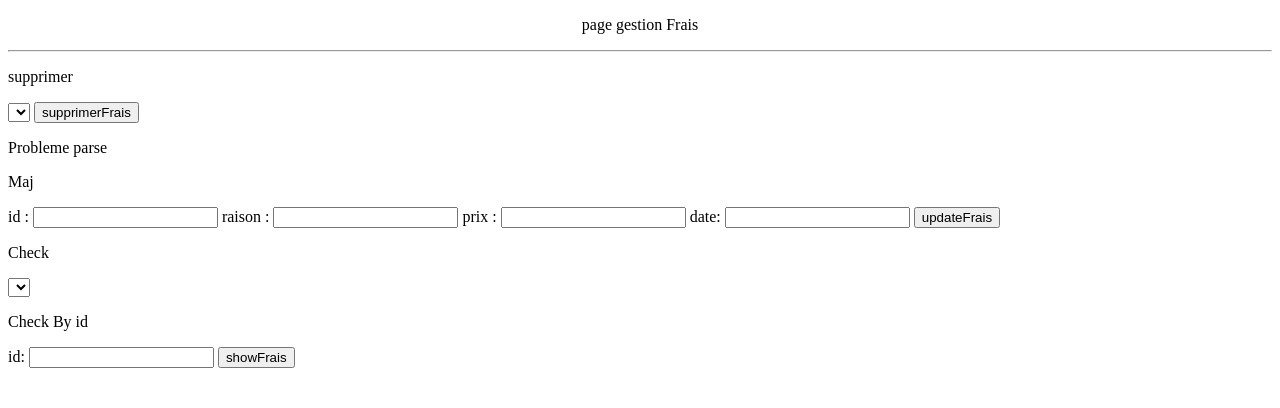
Repository: Shakibaei-2020/CRA_JEE_FINAL
Page: http://localhost/jee_crainfocom/ControleAdminGestionFrais
The author's editor kept a copy of each file at every save. The page is drawn from the files as they stood at one save, then again after the next save.
The browser window is 1280 px wide. The pictures show the whole page.
The page is served by Tomcat 9. Queries for data that is not in the repository find no rows.

Above is the page before, as saved 2021-04-08 14:52:37.

After the next save:
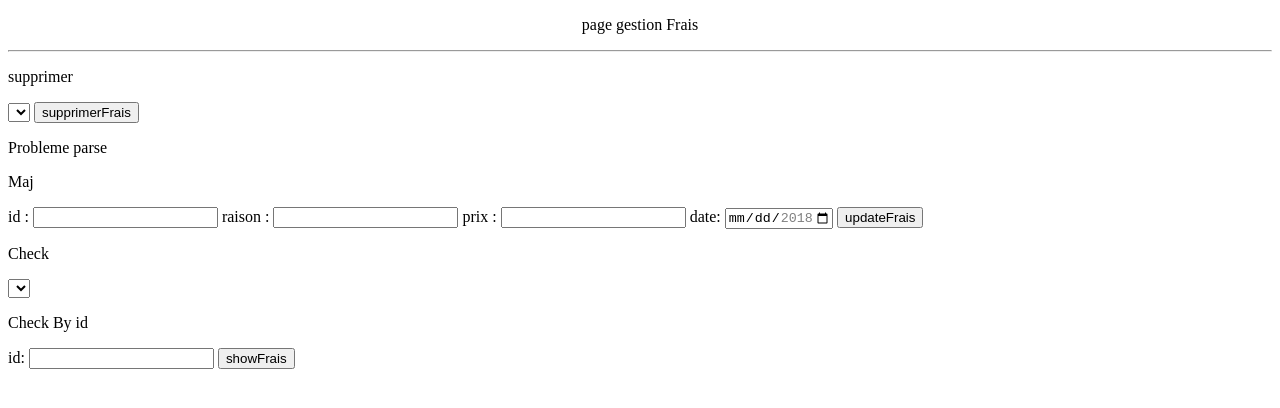
Saved 56 s later.
--- a/CRA_JEE_FINAL/jee_crainfocom/src/main/webapp/WEB-INF/PageAdminGestionFrais.jsp
+++ b/CRA_JEE_FINAL/jee_crainfocom/src/main/webapp/WEB-INF/PageAdminGestionFrais.jsp
@@ -36,7 +36,7 @@
             <input type="text" name="prixUp" id="prixUp" />
 
             <label for="dateUp">date: </label>
-            <input type="text" name="dateUp" id="dateUp" />
+            <input type="date" id="dateUp" name="dateUp" value="DATE" min="2018-01-01" max="2018-12-31">
 
             <input type="submit" name="button_clicked"  value="updateFrais" />
 </form>
